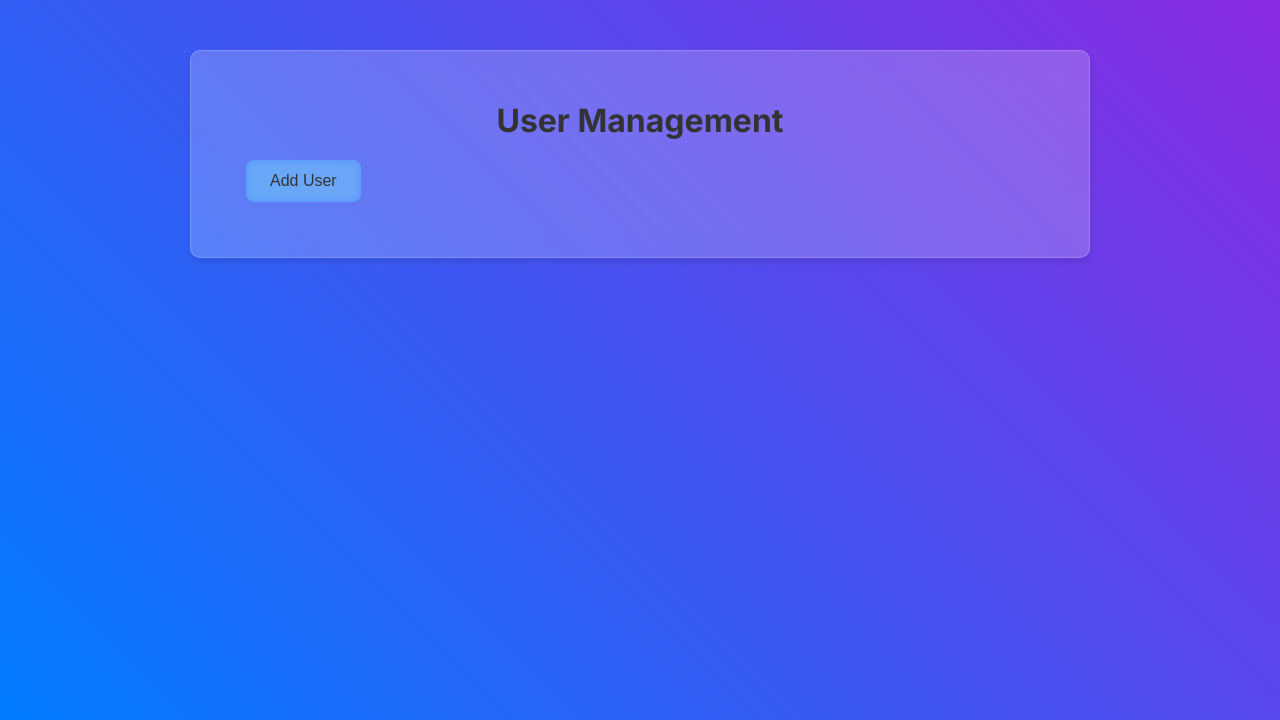
Repository: EeeeeEyyyy/crud-proj
Page: /
The author's editor kept a copy of each file at every save. The page is drawn from the files as they stood at one save, then again after the next save.
The browser window is 1280 px wide. The pictures show the whole page.
The pointer rests on the first visible `.glassButton-add`.
The page's requests for data from a server got no answer. The project was rebuilt for these pictures with package versions that can differ from the ones it lists, and the page was loaded fresh each time. The framework's server and built-in components were replaced by stand-ins that run in the browser. No one was signed in, and anything a server would have sent is missing. Also part of the build but not shown: next.config.mjs.

Above is the page before, as saved 2024-06-25 08:23:43.

### src/app/page.js
"use client";

import React, { useEffect, useState } from "react";
import axios from "axios";

const Page = () => {
  const [users, setUsers] = useState([]);
  const [isCreateModalOpen, setCreateModalOpen] = useState(false);
  const [isUpdateModalOpen, setUpdateModalOpen] = useState(false);
  const [isDeleteModalOpen, setDeleteModalOpen] = useState(false);
  const [selectedUser, setSelectedUser] = useState(null);
  const [newUser, setNewUser] = useState({ name: "", email: "" });

  useEffect(() => {
    fetchUsers();
  }, []);

  const fetchUsers = async () => {
    try {
      const response = await axios.get(
        "https://jsonplaceholder.typicode.com/users"
      );
      setUsers(response.data);
    } catch (error) {
      console.error("Error fetching users:", error);
    }
  };

  const addUser = async () => {
    try {
      const response = await axios.post(
        "https://jsonplaceholder.typicode.com/users",
        newUser
      );
      setUsers([...users, response.data]);
      setCreateModalOpen(false);
    } catch (error) {
      console.error("Error adding user:", error);
    }
  };

  const updateUser = async (id) => {
    try {
      const response = await axios.put(
        `https://jsonplaceholder.typicode.com/users/${id}`,
        selectedUser
      );
      setUsers(users.map((user) => (user.id === id ? response.data : user)));
      setUpdateModalOpen(false);
    } catch (error) {
      console.error("Error updating user:", error);
    }
  };

  const deleteUser = async (id) => {
    try {
      await axios.delete(`https://jsonplaceholder.typicode.com/users/${id}`);
      setUsers(users.filter((user) => user.id !== id));
      setDeleteModalOpen(false);
    } catch (error) {
      console.error("Error deleting user:", error);
    }
  };

  const openCreateModal = () => {
    setNewUser({ name: "", email: "" });
    setCreateModalOpen(true);
  };

  const closeCreateModal = () => {
    setCreateModalOpen(false);
  };

  const openUpdateModal = (user) => {
    setSelectedUser(user);
    setUpdateModalOpen(true);
  };

  const closeUpdateModal = () => {
    setSelectedUser(null);
    setUpdateModalOpen(false);
  };

  const openDeleteModal = (user) => {
    setSelectedUser(user);
    setDeleteModalOpen(true);
  };

  const closeDeleteModal = () => {
    setSelectedUser(null);
    setDeleteModalOpen(false);
  };

  const handleGoToHome = () => {
    router.push("/");
  };

  return (
    <div className="container">
      <h1>User Management</h1>
      <button onClick={openCreateModal} className="glassButton-add">
        Add User
      </button>
      <ul>
        {users.map((user) => (
          <li key={user.id}>
            {user.name} - {user.email}
            <div>
              {" "}
              <button
                onClick={() => openUpdateModal(user)}
                className="glassButton"
                style={{
                  display: "inline-flex",
                  alignItems: "center",
                  justifyContent: "center",
                }}
              >
                Update
              </button>
              <button
                onClick={() => openDeleteModal(user)}
                className="glassButton"
              >
                Delete
              </button>
            </div>
          </li>
        ))}
      </ul>
      {isCreateModalOpen && (
        <div className="modalOverlay">
          <div className="modal">
            <h2>Add User</h2>
            <input
              type="text"
              placeholder="Name"
              value={newUser.name}
              onChange={(e) => setNewUser({ ...newUser, name: e.target.value })}
            />
            <input
              type="email"
              placeholder="Email"
              value={newUser.email}
              onChange={(e) =>
                setNewUser({ ...newUser, email: e.target.value })
              }
            />
            <button onClick={addUser} className="glassButton">
              Add
            </button>
            <button onClick={closeCreateModal} className="closeButton">
              Close
            </button>
          </div>
        </div>
      )}
      {isUpdateModalOpen && selectedUser && (
        <div className="modalOverlay">
          <div className="modal">
            <h2>Update User</h2>
            <input
              type="text"
              placeholder="Name"
              value={selectedUser.name}
              onChange={(e) =>
                setSelectedUser({ ...selectedUser, name: e.target.value })
              }
            />
            <input
              type="email"
              placeholder="Email"
              value={selectedUser.email}
              onChange={(e) =>
                setSelectedUser({ ...selectedUser, email: e.target.value })
              }
            />
            <button
              onClick={() => updateUser(selectedUser.id)}
              className="glassButton"
            >
              Update
            </button>
            <button onClick={closeUpdateModal} className="closeButton">
              Close
            </button>
          </div>
        </div>
      )}
      {isDeleteModalOpen && selectedUser && (
        <div className="modalOverlay">
          <div className="modal">
            <h2>Are you sure you want to delete {selectedUser.name}?</h2>
            <button
              onClick={() => deleteUser(selectedUser.id)}
              className="glassButton"
            >
              Yes
            </button>
            <button onClick={closeDeleteModal} className="closeButton">
              No
            </button>
          </div>
        </div>
      )}
    </div>
  );
};
export default Page;

### src/app/globals.css
* {
  box-sizing: border-box;
  padding: 0;
  margin: 0;
}
html,
body {
  max-width: 100vw;
  overflow-x: hidden;
  background: linear-gradient(
    45deg,
    rgb(0, 123, 255),
    rgb(138, 43, 226)
  ); /* Blue to Violet */
  height: 100%;
  margin: 0;
  padding: 0;
  font-family: Arial, sans-serif;
}
a {
  color: inherit;
  text-decoration: none;
}
.main {
  display: flex;
  flex-direction: column;
  justify-content: space-between;
  align-items: center;
  padding: 6rem;
  min-height: 100vh;
}
.description {
  display: inherit;
  justify-content: inherit;
  align-items: inherit;
  font-size: 0.85rem;
  max-width: var(--max-width);
  width: 100%;
  z-index: 2;
  font-family: var(--font-mono);
}
.description a {
  display: flex;
  justify-content: center;
  align-items: center;
  gap: 0.5rem;
}
.description p {
  position: relative;
  margin: 0;
  padding: 1rem;
  background-color: rgba(var(--callout-rgb), 0.5);
  border: 1px solid rgba(var(--callout-border-rgb), 0.3);
  border-radius: var(--border-radius);
}
.code {
  font-weight: 700;
  font-family: var(--font-mono);
}
.grid {
  display: grid;
  grid-template-columns: repeat(4, minmax(25%, auto));
  max-width: 100%;
  width: var(--max-width);
}
.card {
  padding: 1rem 1.2rem;
  border-radius: var(--border-radius);
  background: rgba(var(--card-rgb), 0);
  border: 1px solid rgba(var(--card-border-rgb), 0);
  transition: background 200ms, border 200ms;
}
.card span {
  display: inline-block;
  transition: transform 200ms;
}

.card h2 {
  font-weight: 600;
  margin-bottom: 0.7rem;
}
.card p {
  margin: 0;
  opacity: 0.6;
  font-size: 0.9rem;
  line-height: 1.5;
  max-width: 30ch;
  text-wrap: balance;
}
.center {
  display: flex;
  justify-content: center;
  align-items: center;
  position: relative;
  padding: 4rem 0;
}
.center::before {
  background: var(--secondary-glow);
  border-radius: 50%;
  width: 480px;
  height: 360px;
  margin-left: -400px;
}
.center::after {
  background: var(--primary-glow);
  width: 240px;
  height: 180px;
  z-index: -1;
}
.center::before,
.center::after {
  content: "";
  left: 50%;
  position: absolute;
  filter: blur(45px);
  transform: translateZ(0);
}
.logo {
  position: relative;
}
/* Enable hover only on non-touch devices */
@media (hover: hover) and (pointer: fine) {
  .card:hover {
    background: rgba(var(--card-rgb), 0.1);
    border: 1px solid rgba(var(--card-border-rgb), 0.15);
  }
  .card:hover span {
    transform: translateX(4px);
  }
}
@media (prefers-reduced-motion) {
  .card:hover span {
    transform: none;
  }
}
/* Mobile */
@media (max-width: 700px) {
  .content {
    padding: 4rem;
  }
  .grid {
    grid-template-columns: 1fr;
    margin-bottom: 120px;
    max-width: 320px;
    text-align: center;
  }
  .card {
    padding: 1rem 2.5rem;
  }

  .card h2 {
    margin-bottom: 0.5rem;
  }

  .center {
    padding: 8rem 0 6rem;
  }

  .center::before {
    transform: none;
    height: 300px;
  }

  .description {
    font-size: 0.8rem;
  }

  .description a {
    padding: 1rem;
  }

  .description p,
  .description div {
    display: flex;
    justify-content: center;
    position: fixed;
    width: 100%;
  }

  .description p {
    align-items: center;
    inset: 0 0 auto;
    padding: 2rem 1rem 1.4rem;
    border-radius: 0;
    border: none;
    border-bottom: 1px solid rgba(var(--callout-border-rgb), 0.25);
    background: linear-gradient(
      to bottom,
      rgba(var(--background-start-rgb), 1),
      rgba(var(--callout-rgb), 0.5)
    );
    background-clip: padding-box;
    backdrop-filter: blur(24px);
  }

  .description div {
    align-items: flex-end;
    pointer-events: none;
    inset: auto 0 0;
    padding: 2rem;
    height: 200px;
    background: linear-gradient(
      to bottom,
      transparent 0%,
      rgb(var(--background-end-rgb)) 40%
    );
    z-index: 1;
  }
}

/* Tablet and Smaller Desktop */
@media (min-width: 701px) and (max-width: 1120px) {
  .grid {
    grid-template-columns: repeat(2, 50%);
  }
}

@media (prefers-color-scheme: dark) {
  .vercelLogo {
    filter: invert(1);
  }

  .logo {
    filter: invert(1) drop-shadow(0 0 0.3rem #ffffff70);
  }
}

@keyframes rotate {
  from {
    transform: rotate(360deg);
  }
  to {
    transform: rotate(0deg);
  }
}
.container {
  max-width: 1000px;
  margin: 50px auto;
  padding: 20px;
  background: rgba(0, 123, 255, 0.2);
  border: 1px solid rgba(0, 123, 255, 0.18);
  border-radius: 10px;
  backdrop-filter: blur(10px);
  box-shadow: 0 4px 6px rgba(0, 0, 0, 0.1);
  text-align: center;
}

h1 {
  font-size: 2em;
  margin-bottom: 20px;
  color: #333;
}

/* Glass Button Styles */
.glassButton {
  background: rgba(255, 255, 255, 0.2);
  border: none;
  padding: 12px 24px;
  font-size: 16px;
  color: #7f0c0c;
  cursor: pointer;
  outline: none;
  transition: background-color 0.3s ease, transform 0.3s ease;
  backdrop-filter: blur(5px);
  border-radius: 8px;
  margin: 5px;
  display: flex;
  flex-direction: row;
  align-items: center;
}

.glassButton:hover {
  background: rgba(255, 255, 255, 0.3);
  transform: scale(1.05);
}

/* Modal Styles */
.modalOverlay {
  position: fixed;
  top: 0;
  left: 0;
  right: 0;
  bottom: 0;
  background-color: rgba(0, 0, 0, 0.5);
  display: flex;
  justify-content: center;
  align-items: center;
  z-index: 1000;
}

.modal {
  background: rgba(255, 255, 255, 0.8);
  padding: 20px;
  border-radius: 8px;
  width: 400px;
  max-width: 90%;
  box-shadow: 0 4px 6px rgba(0, 0, 0, 0.1);
  backdrop-filter: blur(10px);
  position: relative;
}

.closeButton {
  background: rgba(255, 255, 255, 0.5);
  padding: 8px;
  border-radius: 50%;
  border: none;
  font-size: 20px;
  cursor: pointer;
  position: absolute;
  top: 10px;
  right: 10px;
  transition: background-color 0.3s ease;
}

.closeButton:hover {
  background: rgba(255, 255, 255, 0.8);
}

/* List Styles */
ul {
  list-style-type: none;
  padding: 0;
}

li {
  display: flex;
  justify-content: space-between;
  align-items: center;
  padding: 10px;
  border-bottom: 1px solid rgba(0, 0, 0, 0.1);
  color: #333;
}

/* Input Styles */
input {
  display: block;
  width: calc(100% - 20px);
  margin: 10px 0;
  padding: 10px;
  border: 1px solid rgba(0, 0, 0, 0.1);
  border-radius: 4px;
  font-size: 16px;
}
.container {
  max-width: 900px;
  margin: 50px auto;
  padding: 50px;
  background: rgba(255, 255, 255, 0.2);
  border: 1px solid rgba(255, 255, 255, 0.18);
  border-radius: 10px;
  backdrop-filter: blur(10px);
  box-shadow: 0 4px 6px rgba(0, 0, 0, 0.1);
  text-align: center;
}
h1 {
  font-size: 2em;
  margin-bottom: 20px;
  color: #333;
}
.glassButton {
  display: flex;
  flex-direction: row;
  align-items: center;
  gap: 30px;
  background: rgba(255, 255, 255, 0.2);
  border: none;
  padding: 12px 24px;
  font-size: 16px;
  color: #333;
  cursor: pointer;
  outline: none;
  transition: background-color 0.3s ease, transform 0.3s ease;
  backdrop-filter: blur(5px);
  border-radius: 8px;
  margin: 5px;
}
.glassButton-add {
  display: flex;
  flex-direction: row;
  align-items: center;
  gap: 30px;
  background: #17f3ff33;
  border: none;
  padding: 12px 24px;
  font-size: 16px;
  color: #333;
  cursor: pointer;
  outline: none;
  transition: background-color 0.3s ease, transform 0.3s ease;
  backdrop-filter: blur(5px);
  border-radius: 8px;
  margin: 5px;
}
.glassButton:hover {
  background: rgba(255, 255, 255, 0.3);
  transform: scale(1.05);
}
.modalOverlay {
  position: fixed;
  top: 0;
  left: 0;
  right: 0;
  bottom: 0;
  background-color: rgba(0, 0, 0, 0.5);
  display: flex;
  justify-content: center;
  align-items: center;
  z-index: 1000;
  size: 50px;

  border-radius: 1%;
}
.modal {
  background: rgba(255, 255, 255, 0.8);
  padding: 20px;
  border-radius: 8px;
  width: 400px;
  max-width: 90%;
  box-shadow: 0 4px 6px rgba(0, 0, 0, 0.1);
  backdrop-filter: blur(10px);
  position: fixed;
}
.closeButton {
  background: rgba(255, 255, 255, 0.5);
  padding: 8px;
  border-radius: 50%;
  border: none;
  font-size: 20px;
  cursor: pointer;
  position: absolute;
  top: 10px;
  right: 10px;
  transition: background-color 0.3s ease;
}
.closeButton:hover {
  background: rgba(255, 255, 255, 0.8);
}
ul {
  list-style-type: none;
  padding: 0;
}
li {
  display: flex;
  justify-content: space-between;
  align-items: center;
  padding: 10px;
  border-bottom: 1px solid rgba(0, 0, 0, 0.1);
  color: #333;
}
input {
  display: block;
  width: calc(100% - 20px);
  margin: 10px 0;
  padding: 10px;
  border: 1px solid rgba(0, 0, 0, 0.1);
  border-radius: 4px;
  font-size: 16px;
}

Loaded but not shown: src/app/layout.js (common file)

After the next save:
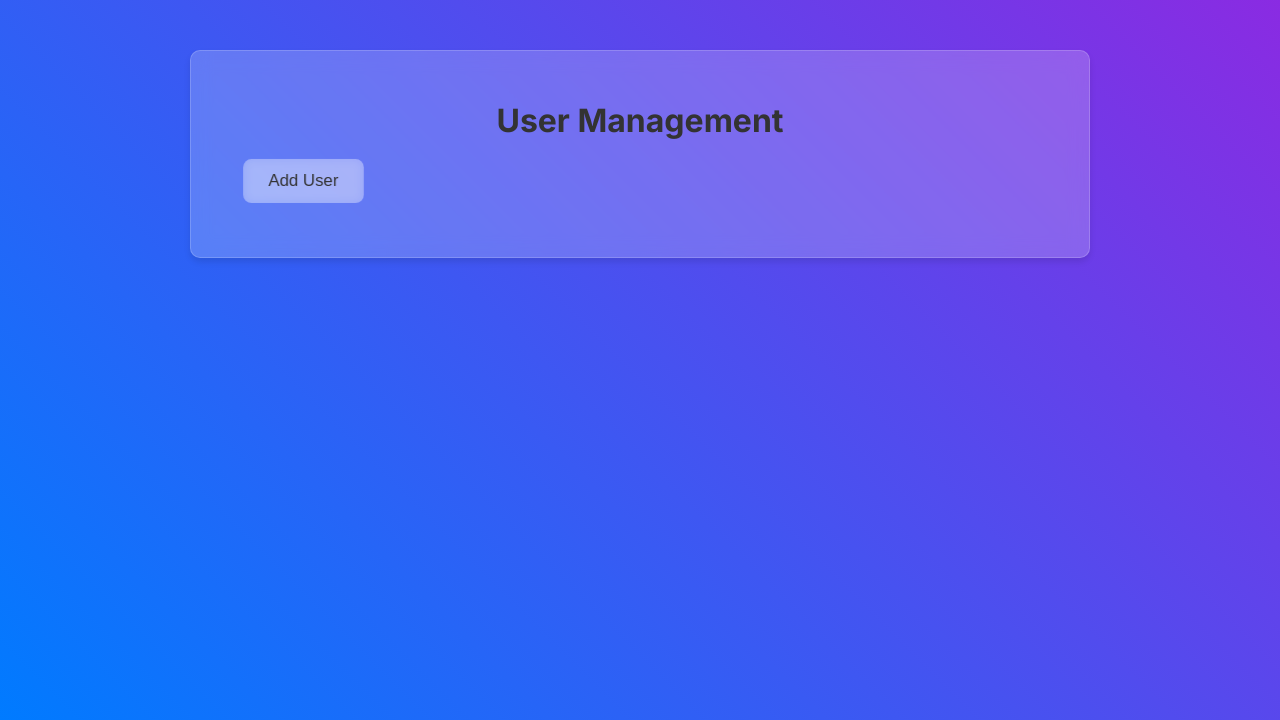
Saved 28 s later.
--- a/src/app/globals.css
+++ b/src/app/globals.css
@@ -395,6 +395,9 @@ h1 {
   background: rgba(255, 255, 255, 0.3);
   transform: scale(1.05);
 }
+.glassButton-add:hover {
+  background: rgba(255, 255, 255, 0.3);
+  transform: scale(1.05);
 .modalOverlay {
   position: fixed;
   top: 0;
